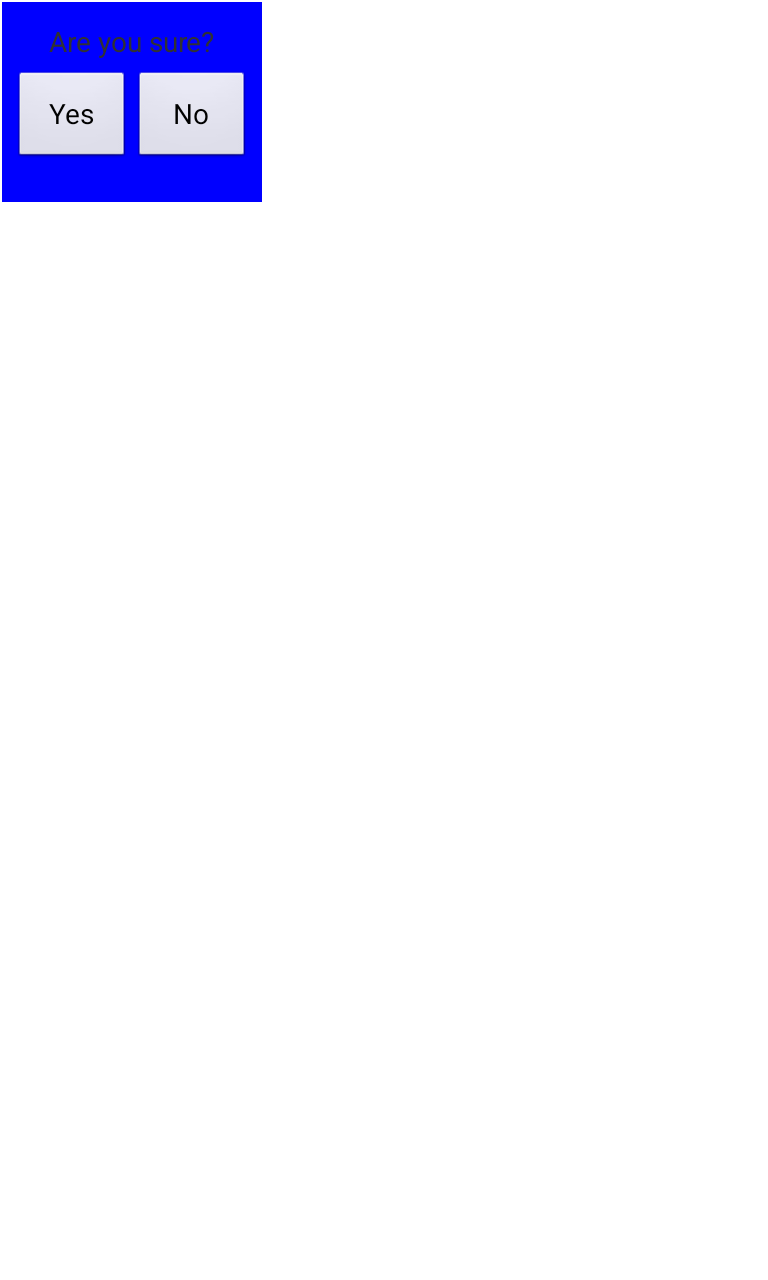
Repository: jwisch91/CS390-Project
Layout: workspace/testing/res/layout/confirmation_popup.xml
An editor plug-in stored every save of this project. The layout is shown before and after the next save, followed by the edit.
It is drawn on a 768 x 1280 px phone screen (xhdpi) without system bars, with theme android:Theme.Light; the app's code is not run.

Above is the layout before, as saved 2013-04-12 03:08:11.

After the next save:
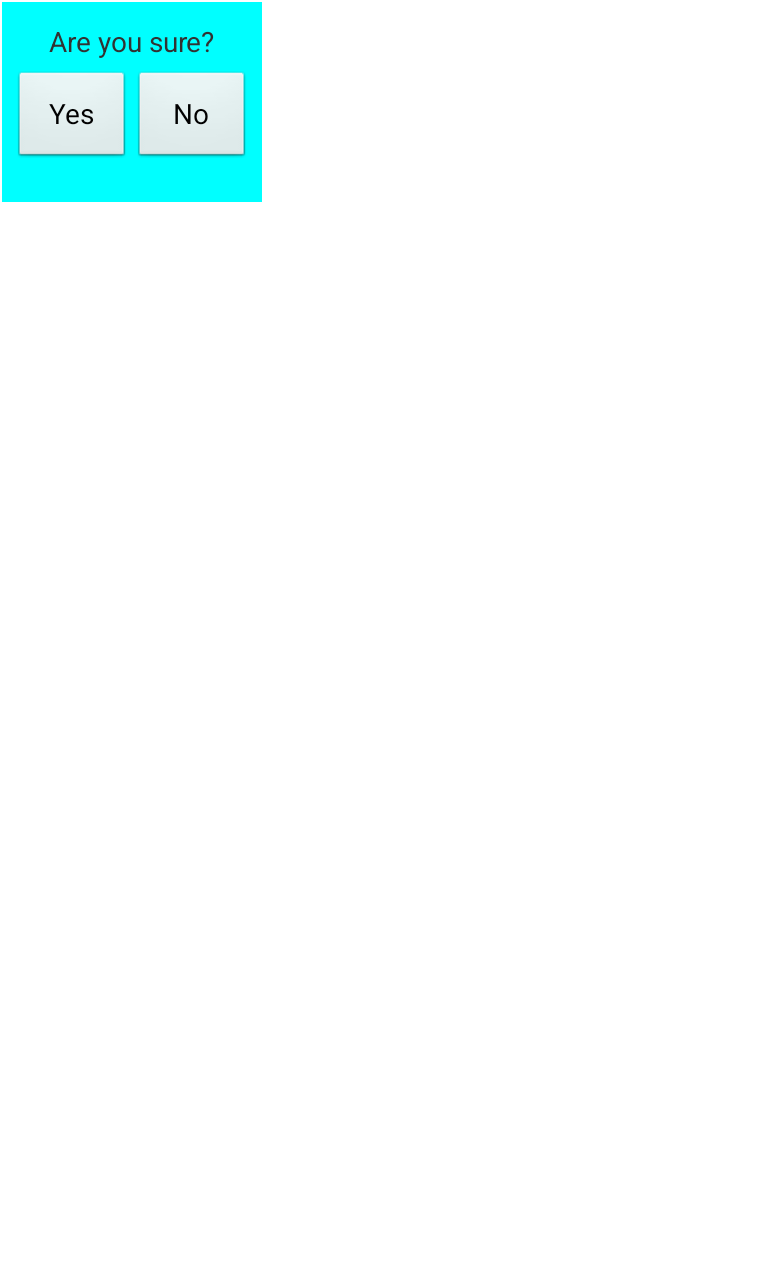
Saved 50 s later.
--- a/workspace/testing/res/layout/confirmation_popup.xml
+++ b/workspace/testing/res/layout/confirmation_popup.xml
@@ -9,7 +9,7 @@
      android:layout_height="100dp"
      android:orientation="vertical"
      android:layout_margin="1dp"
-     android:background="#0000FF">
+     android:background="#00FFFF">
 
     <RelativeLayout
       android:layout_width="wrap_content"
